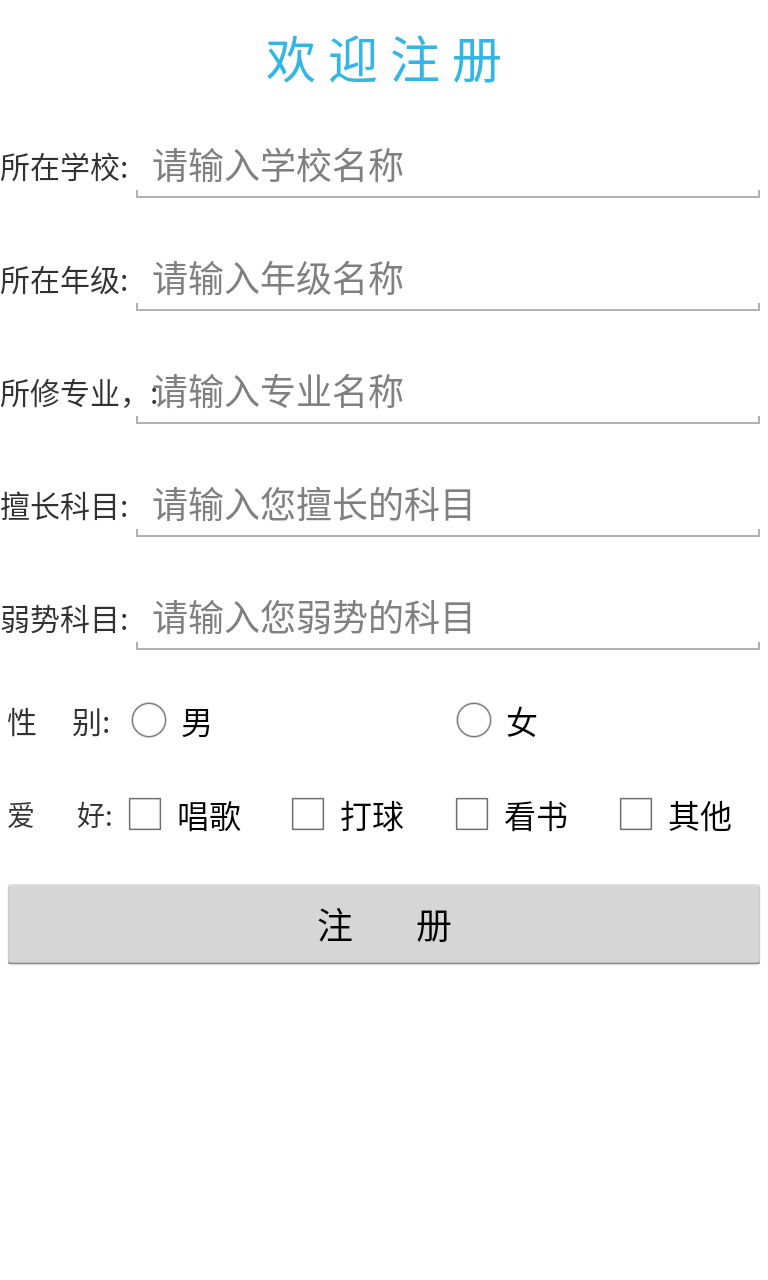
Repository: 17390089054/android
Layout: learning/res/layout/activity_main.xml
These files come from the project's save history. The layout is drawn as it stood at one moment and after the next save; the edit follows.
It is drawn on a 768 x 1280 px phone screen (xhdpi) without system bars, with theme AppTheme; the app's code is not run.

Above is the layout before, as saved 2018-05-01 10:14:49.

After the next save:
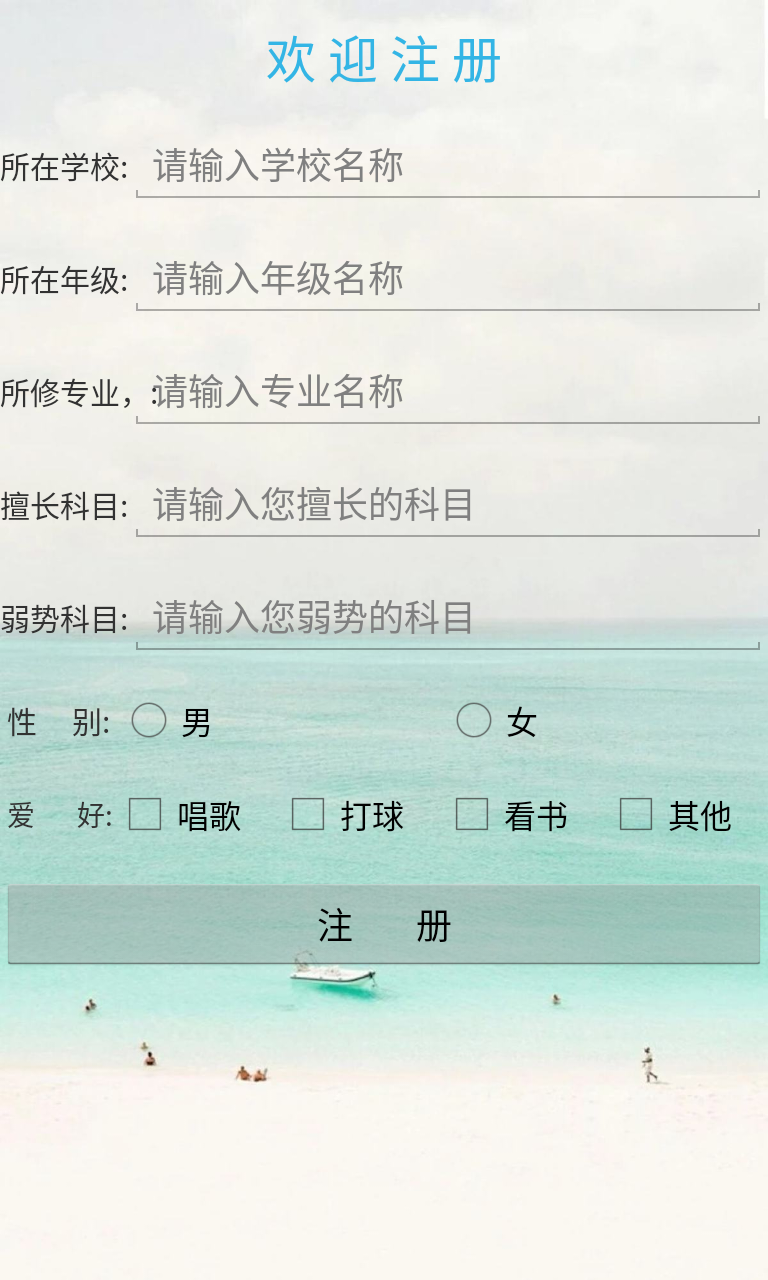
Saved 5 min 15 s later.
--- a/learning/res/layout/activity_main.xml
+++ b/learning/res/layout/activity_main.xml
@@ -4,6 +4,7 @@
     android:layout_height="match_parent"
     tools:context=".MainActivity"
     android:orientation="vertical"
+    android:background="@drawable/bg"
     >
 
     <TextView
